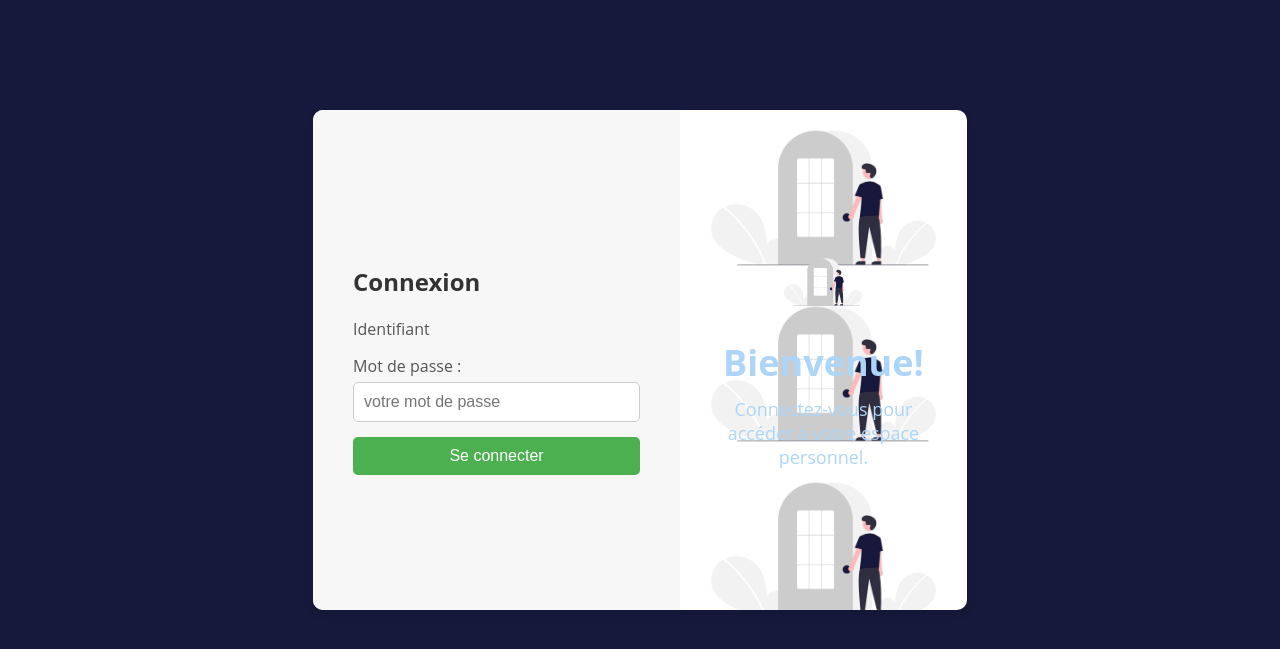
Repository: ndiawar/ProjetGab
Page: home.html
The author's editor kept a copy of each file at every save. The page is drawn from the files as they stood at one save, then again after the next save.
The browser window is 1280 px wide. The pictures show the whole page.

Above is the page before, as saved 2024-08-07 13:58:39.

### home.html
<!DOCTYPE html>
<html lang="fr">
<head>
    <meta charset="UTF-8">
    <meta name="viewport" content="width=device-width, initial-scale=1.0">
    <link rel="stylesheet" href="style.css">
    <title>Page de Connexion</title>
</head>
<body>
    <div class="login-container">
        <!-- Section de formulaire -->
        <div class="login-form">
            <h2>Connexion</h2>
            <form>
                <div class="form-group">
                    <label for="identifiant">Identifiant</label>
                    <input type="hidden" id="identifiant" name="identifiant" placeholder="Votre identifiant" required>
                </div>
                <div class="form-group">
                    <label for="password">Mot de passe :</label>
                    <input type="password" id="password" name="password" placeholder="votre mot de passe" required>
                </div>
                <button type="submit">Se connecter</button>
            </form>
        </div>

        <!-- Section de bienvenue -->
        <div class="welcome-section">
            <div class="welcome-content">
                <img src="./image/accueil.png" alt="Logo" class="logo">
                <h1>Bienvenue!</h1>
                <p>Connectez-vous pour accéder à votre espace personnel.</p>
            </div>
        </div>
    </div>
</body>
</html>

### style.css
:root {
    /* Définition des couleurs de base */
    --blue-sky-1: #16193B; /* Bleu nuit */
    --blue-sky-2: #35478C; /* Bleu foncé */
    --blue-sky-3: #4E7AC7; /* Bleu vif */
    --blue-sky-4: #7FB2F0; /* Bleu clair */
    --blue-sky-5: #ADD5F7; /* Bleu très clair */
    --Noir-6: #000000; /* Noir */
    --Blanc-7: #ffffff; /* Blanc */

    /* Utilisation des couleurs pour différents éléments */
    --color-title: var(--blue-sky-1); /* Couleur pour les titres */
    --color-subtitle: var(--blue-sky-3); /* Couleur pour les sous-titres */
    --color-paragraph: var(--blue-sky-2); /* Couleur pour les paragraphes */
    --color-border: var(--blue-sky-4); /* Couleur pour les bordures */
    --color-backgroundFoncé: var(--blue-sky-1); /* Couleur de fond foncée */
    --color-background: var(--blue-sky-5); /* Couleur de fond général */
    --color-text: var(--Noir-6); /* Couleur pour le texte de fond */
    --color-white: var(--Blanc-7); /* Couleur blanche pour le texte de fond d'une balise */

    /* Polices */
    --font-title: 'Montserrat', sans-serif;
    --font-text: 'Open Sans', sans-serif;
    --font-subtitle: 'Roboto', sans-serif;

    /* Taille de police standard et poids */
    --font-size-normal: 16px; /* Taille de police standard pour le texte */
    --font-size-title: 28px; /* Taille de police pour les grands titres */
    --font-size-subtitle: 20px; /* Taille de police pour les sous-titres */
    --font-weight-normal: 400; /* Poids normal de la police */
    --font-weight-bold: 700; /* Poids en gras */
    /* Pour le profil la taille du nom et du sous-titre */
    --font-size-titleProfil: 45px;
    --font-size-subtitleProfil: 30px;
}


/*Initialisation de notre body pour supprimer les marges et choix du type de police pour notre site*/


/*Initialisation de notre body pour supprimer les marges et choix du type de police pour notre site*/
* {
  box-sizing: border-box;
}

/* Style global pour le corps de la page */
body, html {
    margin: 0;
    padding: 0;
    color: var(--color-text);
    font-family: var(--font-text);
    font-size: var(--font-size-normal);
    font-weight: var(--font-weight-normal);
    overflow-x: hidden;
    height: 100%;
    display: flex;
    align-items: center;
    justify-content: center;
    background-color: var(--color-backgroundFoncé);/**/
}

/* Conteneur principal qui tient la page de connexion */
.login-container {
    display: flex;
    width: 80%;
    max-width: 900px;
    height: 500px;
    background-color: #fff;
    box-shadow: 0 4px 8px rgba(0, 0, 0, 0.1);
    border-radius: 10px;
    overflow: hidden;
}

/* Style pour la section du formulaire de connexion */
.login-form {
    flex: 1;
    padding: 40px;
    background-color: #f7f7f7;
    display: flex;
    flex-direction: column;
    justify-content: center;
}

/* Style pour les titres et formulaires dans la section de connexion */
.login-form h2 {
    margin-bottom: 20px;
    color: #333;
}

.form-group {
    margin-bottom: 15px;
}

.form-group label {
    display: block;
    margin-bottom: 5px;
    color: #555;
}

.form-group input {
    width: 100%;
    padding: 10px;
    border: 1px solid #ccc;
    border-radius: 5px;
    font-size: 16px;
    box-sizing: border-box;
}

button {
    width: 100%;
    padding: 10px;
    background-color: #4CAF50;
    color: white;
    border: none;
    border-radius: 5px;
    font-size: 16px;
    cursor: pointer;
    transition: background-color 0.3s ease;
}

button:hover {
    background-color: #45a049;
}

/* Style pour la section de bienvenue avec le logo */
.welcome-section {
    flex: 1;
    background: url(./image/accueil.png);
    background-size: contain; /* Couvre toute la page */
    display: flex;
    align-items: center;
    justify-content: center;
    color: var(--color-background);
}

.welcome-content {
    text-align: center;
    padding: 20px;
}

.logo {
    width: 100px;
    margin-bottom: 20px;
}

.welcome-section h1 {
    margin: 0 0 10px;
    font-size: 36px;
}

.welcome-section p {
    font-size: 18px;
    margin: 0;
}

After the next save:
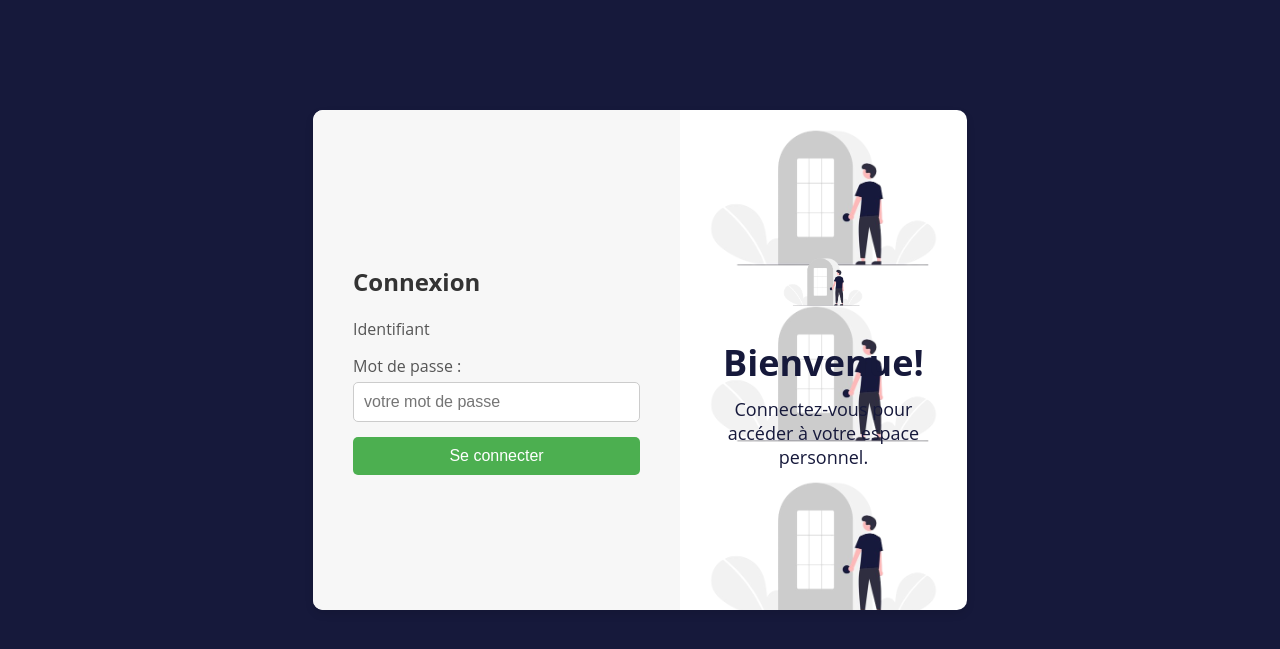
Saved 9 s later.
--- a/style.css
+++ b/style.css
@@ -130,7 +130,7 @@ button:hover {
     display: flex;
     align-items: center;
     justify-content: center;
-    color: var(--color-background);
+    color: var(--color-backgroundFoncé);
 }
 
 .welcome-content {
